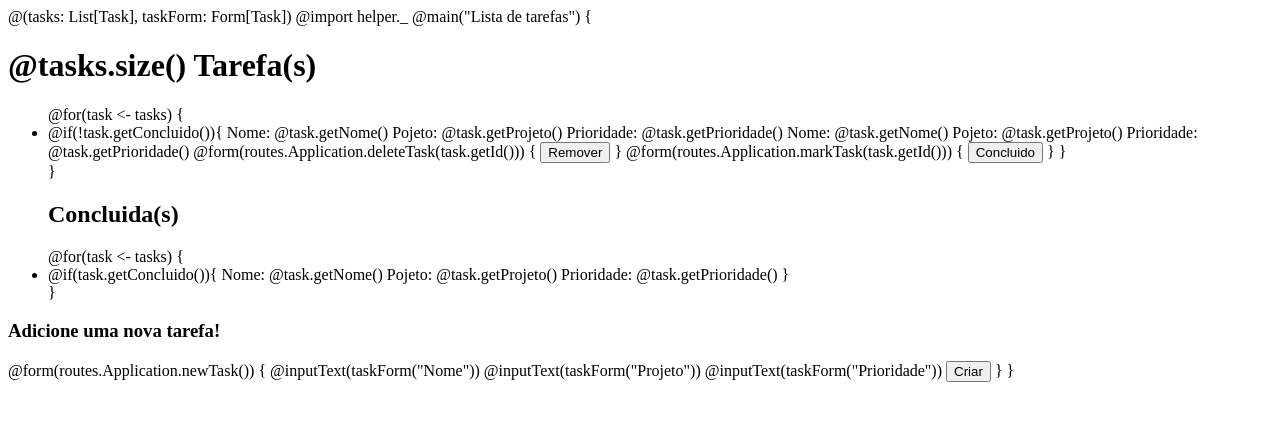
Repository: lcavalcante/si1
Page: lab2/.target/views/index.scala.html
These files come from the project's save history. The page is drawn as it stood at one moment and after the next save; the edit follows.
The browser window is 1280 px wide. The pictures show the whole page.

Above is the page before, as saved 2013-11-27 00:38:45.

### lab2/.target/views/index.scala.html
@(tasks: List[Task], taskForm: Form[Task])

@import helper._

@main("Lista de tarefas") {

    <h1>@tasks.size() Tarefa(s)</h1>

    <ul>
        @for(task <- tasks) {
            <li>
                @if(!task.getConcluido()){

                Nome: @task.getNome() Pojeto: @task.getProjeto() Prioridade: @task.getPrioridade()

                Nome: @task.getNome() Pojeto: @task.getProjeto() Prioridade: @task.getPrioridade()

                @form(routes.Application.deleteTask(task.getId())) {
                    <input type="submit" value="Remover">

                }

                @form(routes.Application.markTask(task.getId())) {
                    <input type="submit" value="Concluido">
                }
                }

            </li>
        }
    </ul>

    <ul>
    	 <h2>Concluida(s)</h2>
        @for(task <- tasks) {
            <li>
            	@if(task.getConcluido()){
                Nome: @task.getNome() Pojeto: @task.getProjeto() Prioridade: @task.getPrioridade()
                }

            </li>
        }
    </ul>

    <h3>Adicione uma nova tarefa!</h3>

    @form(routes.Application.newTask()) {

        @inputText(taskForm("Nome"))
        @inputText(taskForm("Projeto"))
        @inputText(taskForm("Prioridade"))

        <input type="submit" value="Criar">

    }

}

After the next save:
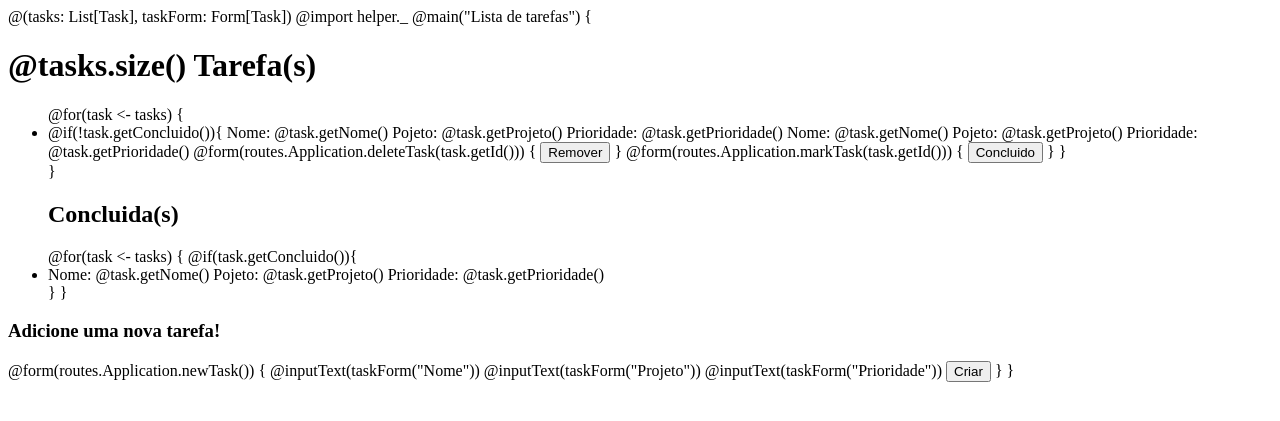
Saved 30 s later.
--- a/lab2/.target/views/index.scala.html
+++ b/lab2/.target/views/index.scala.html
@@ -32,12 +32,14 @@
     <ul>
     	 <h2>Concluida(s)</h2>
         @for(task <- tasks) {
-            <li>
+
             	@if(task.getConcluido()){
+            	<li>
                 Nome: @task.getNome() Pojeto: @task.getProjeto() Prioridade: @task.getPrioridade()
+                </li>
                 }
 
-            </li>
+
         }
     </ul>
 
